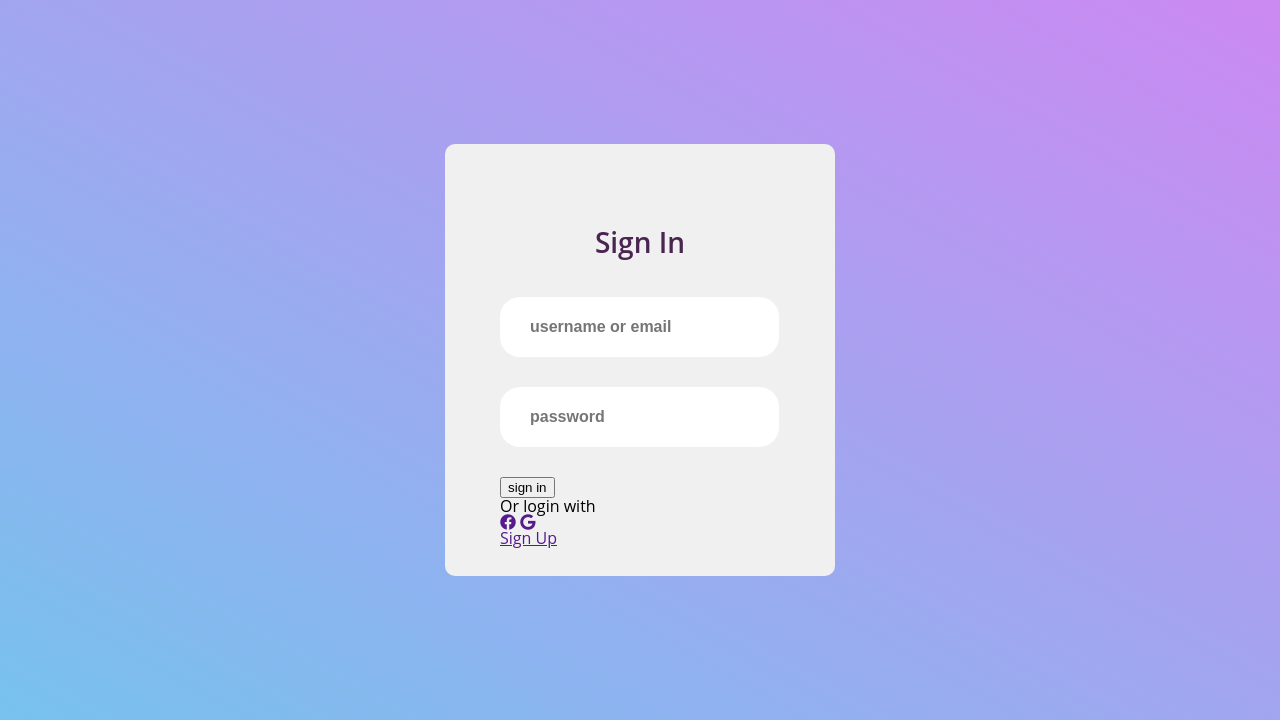
Repository: letrongtinh27/LapTrinhWeb
Page: signin/index.html
An editor plug-in stored every save of this project. The page is shown before and after the next save, followed by the edit.
The browser window is 1280 px wide. The pictures show the whole page.

Above is the page before, as saved 2022-10-09 20:54:01.

### signin/index.html
<!DOCTYPE html>
<html lang="en">
<head>
    <meta charset="UTF-8">
    <meta http-equiv="X-UA-Compatible" content="IE=edge">
    <meta name="viewport" content="width=device-width, initial-scale=1.0">
    <title>Sign In</title>
    <link rel="stylesheet" href="reset.css">
    <link rel="stylesheet" href="style.css">
    <link rel="stylesheet" href="https://cdnjs.cloudflare.com/ajax/libs/font-awesome/6.2.0/css/all.min.css" integrity="sha512-xh6O/CkQoPOWDdYTDqeRdPCVd1SpvCA9XXcUnZS2FmJNp1coAFzvtCN9BmamE+4aHK8yyUHUSCcJHgXloTyT2A==" crossorigin="anonymous" referrerpolicy="no-referrer" />
</head>
<body>
    <div class="sign-in">
        <h4 class="title">Sign In</h4>
        <form action="#" class="form-group">
            <div class="form-item">
                <input type="text" placeholder="username or email">
            </div>
            <div class="form-item">
                <input type="password" placeholder="password">
            </div>
            <button class="btn-signin">sign in</button>
            <p>Or login with</p>
            <div class="sing-in-icon">
                <a href="" class="facebook"><i class="fa-brands fa-facebook"></i></a>
                <a href="" class="google"><i class="fa-brands fa-google"></i></a>
            </div>
            <a href="" class="sign-up">Sign Up</a>
        </form>
    </div>
    <script src="https://code.jquery.com/jquery-3.3.1.slim.min.js" integrity="sha384-q8i/X+965DzO0rT7abK41JStQIAqVgRVzpbzo5smXKp4YfRvH+8abtTE1Pi6jizo" crossorigin="anonymous"></script>
    <script src="https://cdn.jsdelivr.net/npm/popper.js@1.14.7/dist/umd/popper.min.js" integrity="sha384-UO2eT0CpHqdSJQ6hJty5KVphtPhzWj9WO1clHTMGa3JDZwrnQq4sF86dIHNDz0W1" crossorigin="anonymous"></script>
    <script src="https://cdn.jsdelivr.net/npm/bootstrap@4.3.1/dist/js/bootstrap.min.js" integrity="sha384-JjSmVgyd0p3pXB1rRibZUAYoIIy6OrQ6VrjIEaFf/nJGzIxFDsf4x0xIM+B07jRM" crossorigin="anonymous"></script>
</body>
</html>

### signin/style.css
html {
    font-family: 'Open Sans',sans-serif;
}

* {
    box-sizing: border-box;
}

body {
    width: 100%;
    height: 100vh;
    background-image: linear-gradient(to right top,  #77C2EE, #CC89f2);
    display: flex;
    justify-content: center;
    align-items: center;
}

.sign-in{
    background-color: #f1f0f0;
    border-radius: 10px;
    width: 100%;
    max-width: 390px;
    padding: 80px 55px 30px 55px;

}
.title{
    font-size: 28px;
    font-weight: 600;
    text-align: center;
    color: #4a2552;
    padding-bottom: 37px;
    line-height: 36px;
}
.form-group{

}

.form-item{
    padding-bottom: 30px;
}

.form-item > input{
    border-radius: 20px;
    background-color: #ffffff;
    padding: 0 30px;
    border: 0;
    color: #4a2552;
    font-weight: 700;
    font-size: 16px;
    height: 60px;
}

.btn-signin{

}
.sing-in-icon{

}
.facebook{

}
.fa-brands{

}
.fa-facebook{

}
.google{

}
.fa-google{

}
.sign-up{

}

Loaded but not shown: signin/reset.css (common file)

After the next save:
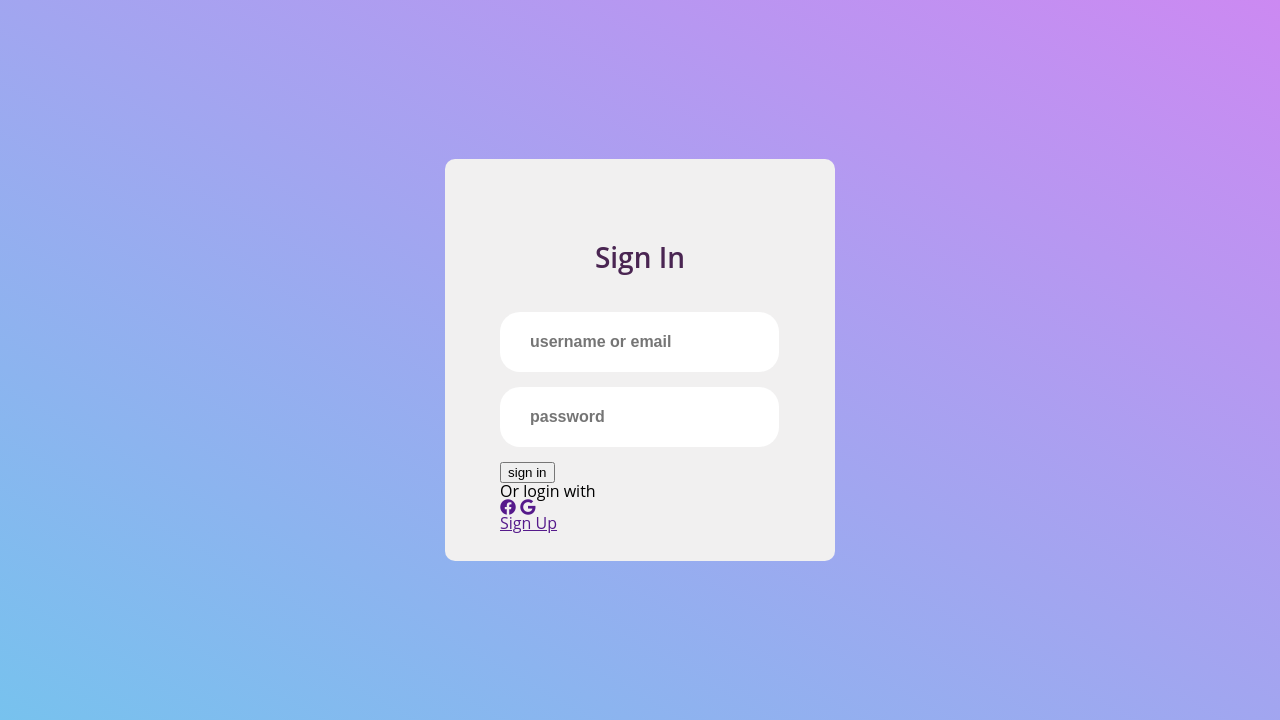
Saved 13 s later.
--- a/signin/style.css
+++ b/signin/style.css
@@ -36,7 +36,7 @@ body {
 }
 
 .form-item{
-    padding-bottom: 30px;
+    padding-bottom: 15px;
 }
 
 .form-item > input{
